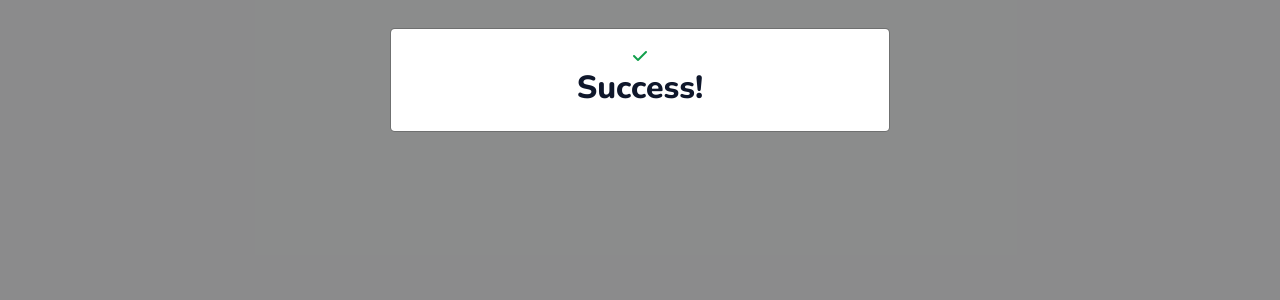
Repository: Dangtrinh28/thuymoc
Page: bookingSuccess.html
An editor plug-in stored every save of this project. The page is shown before and after a run of saves, followed by the edit.
The browser window is 1280 px wide. The pictures show the whole page.
Some web libraries are served in a nearby version.

Above is the page before, as saved 2022-11-25 04:05:37.

After the next 2 saves:
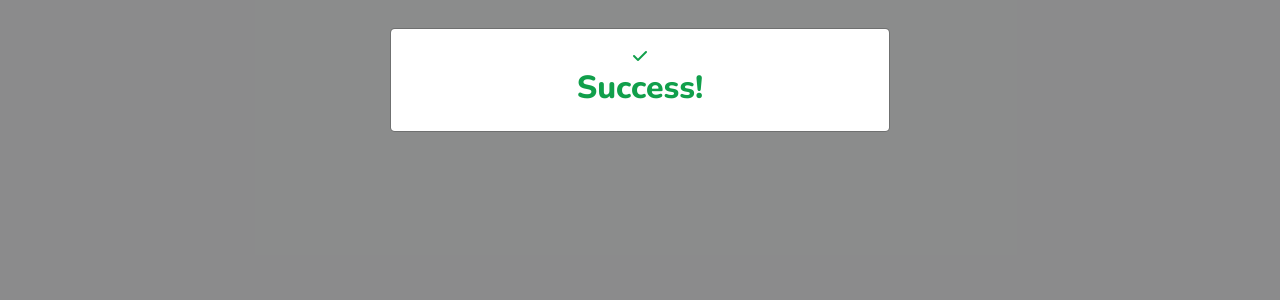
The 2 saves are shown as one change because they came seconds apart.
The last was saved 6 s later.
--- a/bookingSuccess.html
+++ b/bookingSuccess.html
@@ -41,7 +41,7 @@
                 <div class="modal-content">
                     <div class="modal-body text-primary text-center">
                         <i class="modal-body-icon fa-solid fa-check"></i>
-                        <h2 class="tex">Success!</h2>
+                        <h2 class="text-primary">Success!</h2>
                     </div>
                 </div>
             </div>
